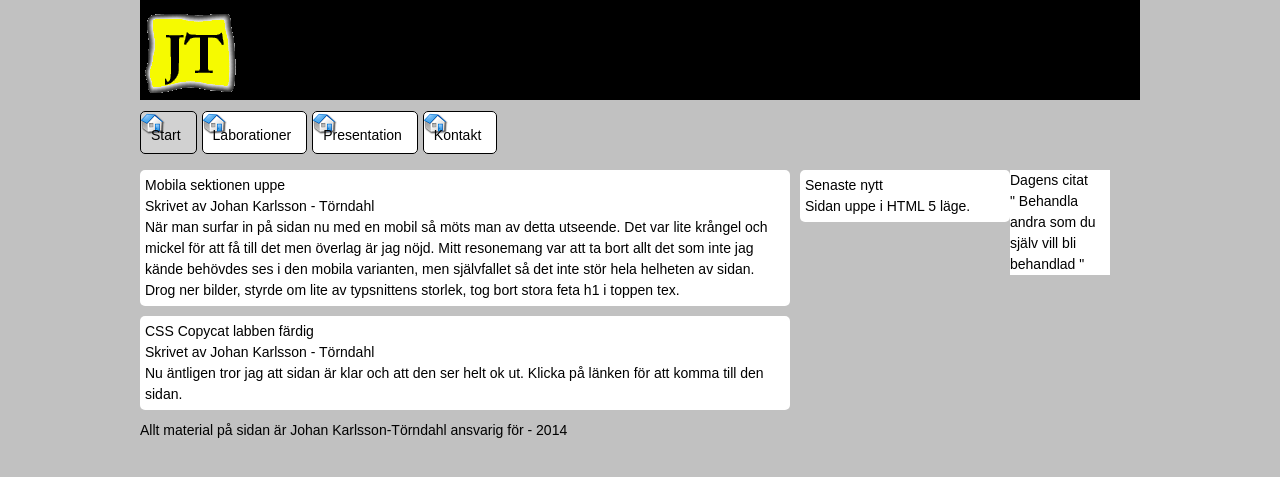
Repository: jt222ia/1ik415-jt222ia-laborationer
Page: htmlfem/index.html
The author's editor kept a record of every edit. The page is drawn from the files as they stood at one moment, then again after the next edit.
The browser window is 1280 px wide. The pictures show the whole page.

Above is the page before.

After the next edit:
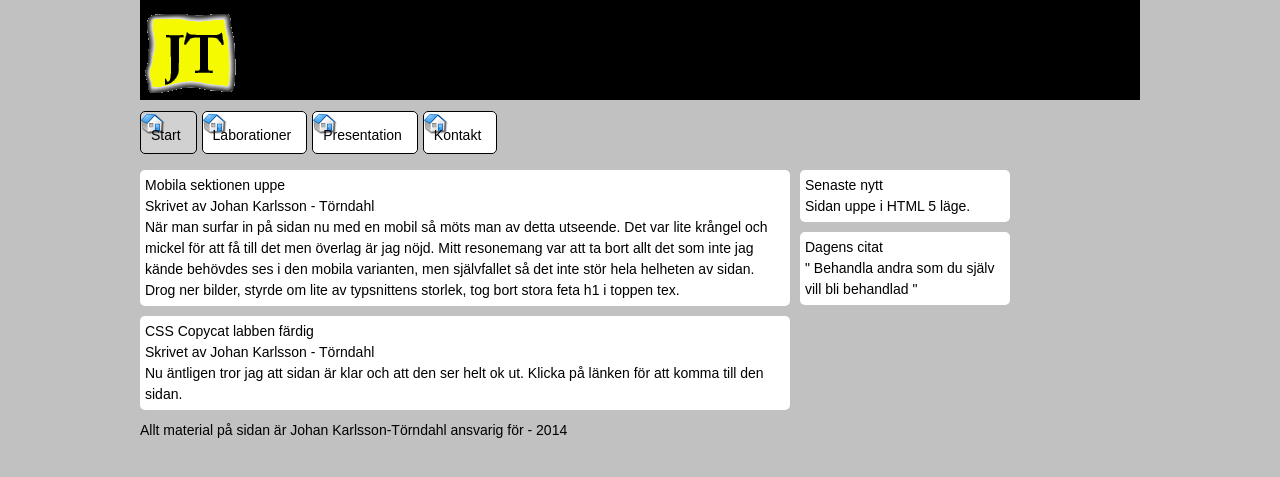
The edit:
--- a/htmlfem/style.css
+++ b/htmlfem/style.css
@@ -146,9 +146,15 @@
 
 }
 .middle{
-     float:left;
-    width:100px;
+    float:left;
+    width:200px;
     background-color:#fff;
+    margin-left:10px;
+    margin-top:10px;
+    padding:5px 5px;
+    border-radius:5px;
+   -moz-border-radius:5px;
+   -webkit-border-radius:5px;
 }
 .mainfooter{
     clear:both;
